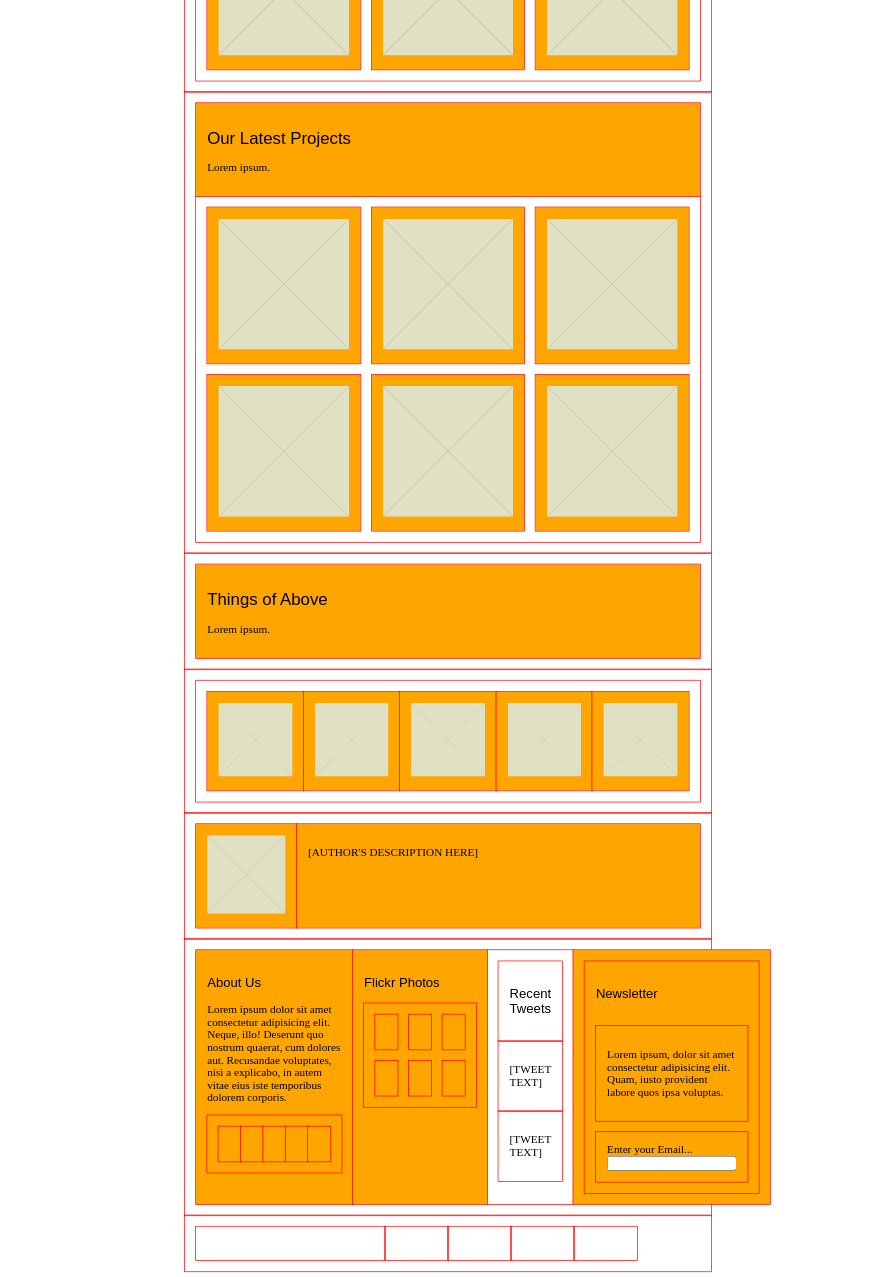
Repository: pjiang604/mdia2003-lab03b
Page: index.html
The author's editor kept a copy of each file at every save. The page is drawn from the files as they stood at one save, then again after the next save.
The browser window is 1280 px wide. The pictures show the part of the page from y = 996 to 2916 px (the page is 2820 px tall before and 2916 px after), at 70% of full size.

Above is the page before, as saved 2023-01-25 21:02:12.

### index.html
<!DOCTYPE html>
<html lang="en">

<head>
    <meta charset="UTF-8">
    <meta http-equiv="X-UA-Compatible" content="IE=edge">
    <meta name="viewport" content="width=device-width, initial-scale=1.0">
    <title>Document</title>
    <link rel="stylesheet" href="style.css">
    <link rel="preconnect" href="https://fonts.google.com/specimen/Ubuntu?query=ubuntu">
</head>

<body>
    <nav>
        <div class="row l-col-6-1 m-col-6-1 s-col-2-2">
            <div class="col">
                <img src="images/placeholder.svg" alt="logo" class="logo">
            </div>
            <div class="col hide">
                <a href="/">Home</a>
            </div>
            <div class="col hide">
                <a href="/">Pages</a>
            </div>
            <div class="col hide">
                <a href="/">Blog</a>
            </div>
            <div class="col hide">
                <a href="/">Portfolio</a>
            </div>
            <div class="col hide">
                <a href="/">Email</a>
            </div>
            <div class="col hamburger">
                <p>[HAM MENU]</p>
            </div>
        </div>
    </nav>

    <div class="carousel hide">
        <div class="col">
            <p>[CAROUSEL HERE]</p>
        </div>

    </div>

    <h1>Hey guys! This is the Metrolics theme. It sports a responsive layout with a mobile layout.</h1>
    <div class="topRow">
        <div class="col">
            <h2>Things That We Do</h2>
            <p>Lorem ipsum.</p>
        </div>
        <div class="row l-col-4-1 m-col-2-1 s-col-1-4">
            <div class="col">
                <h3>Web Solutions</h3>
            </div>
            <div class="col">
                <h3>Photography</h3>
            </div>
            <div class="col">
                <h3>Web Development</h3>
            </div>
            <div class="col">
                <h3>Web Design</h3>
            </div>
        </div>
    </div>
    <div class="secondRow">
        <div class="col">
            <h2>What's up Lately?</h2>
            <p>Lorem ipsum.</p>
        </div>
        <div class="row l-col-3-1 m-col-2-1 s-col-1-4">
            <div class="col">
                <img src="images/placeholder.svg" class="image-post" alt="">
            </div>
            <div class="col">
                <img src="images/placeholder.svg" class="image-post" alt="">
            </div>
            <div class="col">
                <img src="images/placeholder.svg" class="image-post" alt="">
            </div>
            <div class="col-1">
                <img src="images/placeholder.svg" class="image-post" alt="">
            </div>
        </div>
    </div>
    <div class="thirdRow">
        <div class="col">
            <h2>Our Latest Projects</h2>
            <p>Lorem ipsum.</p>
        </div>
        <div class="row l-col-3-1 m-col-2-1 s-col-1-1">
            <div class="col">
                <img src="images/placeholder.svg" class="image-post" alt="">
            </div>
            <div class="col">
                <img src="images/placeholder.svg" class="image-post" alt="">
            </div>
            <div class="col">
                <img src="images/placeholder.svg" class="image-post" alt="">
            </div>
            <div class="col">
                <img src="images/placeholder.svg" class="image-post" alt="">
            </div>
            <div class="col">
                <img src="images/placeholder.svg" class="image-post" alt="">
            </div>
            <div class="col">
                <img src="images/placeholder.svg" class="image-post" alt="">
            </div>
        </div>
    </div>

    <div class="accordion">
        <div class="col">
            <h2>Things of Above</h2>
            <p>Lorem ipsum.</p>
        </div>
    </div>

    <div class="companies">
        <div class="row l-col-5-1 m-col-5-1">
            <div class="col">
                <img src="images/placeholder.svg" class="comp-logo" alt="">
            </div>
            <div class="col">
                <img src="images/placeholder.svg" class="comp-logo" alt="">
            </div>
            <div class="col">
                <img src="images/placeholder.svg" class="comp-logo" alt="">
            </div>
            <div class="col">
                <img src="images/placeholder.svg" class="comp-logo" alt="">
            </div>
            <div class="col">
                <img src="images/placeholder.svg" class="comp-logo" alt="">
            </div>
        </div>
    </div>

    <footer>

        <div class="row l-col-2-4 m-col-2-4 s-col-2-1 author">
            <div class="col">
                <img src="images/placeholder.svg" class="headshot" alt="">
            </div>
            <div class="col">
                <p>[AUTHOR'S DESCRIPTION HERE]</p>
            </div>
        </div>

        <div class="row l-footer-grid m-row m-footer-grid">
            <div class="col about-socials">
                <h3 class="m-row hide">About Us</h3>
                <p class="m-row hide">Lorem ipsum dolor sit amet consectetur adipisicing elit. Neque, illo! Deserunt quo
                    nostrum
                    quaerat, cum dolores aut. Recusandae voluptates, nisi a explicabo, in autem vitae eius iste
                    temporibus dolorem corporis.</p>
                <div class="row l-col-5-1 m-col-5-1 s-col-5-1">
                    <div class="col">
                        <img src="images/placeholder.svg" class="social-img" alt="">
                    </div>
                    <div class="col">
                        <img src="images/placeholder.svg" class="social-img" alt="">
                    </div>
                    <div class="col">
                        <img src="images/placeholder.svg" class="social-img" alt="">
                    </div>
                    <div class="col">
                        <img src="images/placeholder.svg" class="social-img" alt="">
                    </div>
                    <div class="col">
                        <img src="images/placeholder.svg" class="social-img" alt="">
                    </div>
                </div>
            </div>

            <div class="col flickr">
                <h3>Flickr Photos</h3>
                <div class="row l-col-3-1 m-col-3-1">
                    <div class="col">
                        <img src="images/placeholder.svg" class="flickr-img" alt="">
                    </div>
                    <div class="col">
                        <img src="images/placeholder.svg" class="flickr-img" alt="">
                    </div>
                    <div class="col">
                        <img src="images/placeholder.svg" class="flickr-img" alt="">
                    </div>
                    <div class="col">
                        <img src="images/placeholder.svg" class="flickr-img" alt="">
                    </div>
                    <div class="col">
                        <img src="images/placeholder.svg" class="flickr-img" alt="">
                    </div>
                    <div class="col">
                        <img src="images/placeholder.svg" class="flickr-img" alt="">
                    </div>
                </div>
            </div>

            <div class="live-social m-col">
                <div class="row">
                    <h3>Recent Tweets</h3>
                </div>
                <div class="row">
                    <p>[TWEET TEXT]</p>
                </div>
                <div class="row">
                    <p>[TWEET TEXT]</p>
                </div>
            </div>

            <div class="col newsletter">
                <div class="row m-col-1-1">
                    <h3>Newsletter</h3>
                    <div class="col">
                        <p>Lorem ipsum, dolor sit amet consectetur adipisicing elit. Quam, iusto provident labore quos
                            ipsa
                            voluptas.</p>
                    </div>
                    <div class="col">
                        <label for="email">Enter your Email...</label>
                        <input type="email" id="email">
                    </div>

                </div>
            </div>
        </div>

        <div class="row footer-decor">
            <div class="decor"></div>
            <div class="decor"></div>
            <div class="decor"></div>
            <div class="decor"></div>
            <div class="decor"></div>
        </div>

    </footer>
</body>

</html>

### style.css
html {
    padding: 0 20vw;
}

div {
    outline: 1px solid red;
    min-height: 1rem;
    padding: 1rem;
}

h1,
h2,
h3,
h4,
h5,
h6 {
    font-family: Ubuntu, sans-serif;
    font-weight: 300;
}

.row {
    display: grid;
    row-gap: 1rem;
}

.col {
    position: relative;
    background-color: orange;
}

.image-post {
    width: 100%;
}

.flickr-img{
    width: 100%;
}

.logo {
    width: 100%;
}

.hamburger {
    display: none;

}

.headshot {
    width: 100%;
}

.social-img {
    width: 100%;
}

.comp-logo{
    width: 100%;
}

.footer-decor{
    grid-template-columns: 3fr 1fr 1fr 1fr 1fr 1fr;
}



/** small/mobile version */
@media screen and (max-width:29.9375em) {
    .row {
        max-width: 70em;
        column-gap: .5rem;
        row-gap: 1.5rem;
        margin: 0 auto;
    }

    .hide, .flickr, .newsletter, .companies {
        display: none;
    }

    .hamburger {
        display: contents;
    }

    .s-col-1-4 {
        grid-template-columns: 4fr;
    }

    .s-col-2-2 {
        grid-template-columns: repeat(2, 2fr);
    }

    .s-col-1-1 {
        grid-template-columns: 1fr;
    }

    .s-col-5-1 {
        grid-template-columns: repeat(5, 1fr);
    }

    .s-col-2-1 {
        grid-template-columns: repeat(2, 1fr);
    }

    .footer-grid{
        display: none;
    }

    .col-1 {
        display:content;
        background-color: orange;
    }
}

/** medium and up. applicable for both tablet and mobile version */
@media screen and (max-width:30em) {
    .carousel {
        display:none;
    }

    .image-post.hide{
        display: contents;
    }

    .col-1 {
        display: content;
        background-color: orange;
    }

}

/** medium only */
@media screen and (min-width:40em) and (max-width:63.9375em) {

    .hide {
        display: contents;
    }

    .m-footer-grid{
        grid-template-columns: repeat(2, 1fr);
    }

    .m-row{
        display: grid;
        row-gap: 1rem;
    }

    .m-col{
        position: relative;
    }

    .m-col-6-1{
        grid-template-columns: 3fr 1fr 1fr 1fr 1fr 1fr;
    }

    .m-col-2-1{
        grid-template-columns: repeat(2, 1fr);
        column-gap: 1rem;
    }

    .m-col-5-1{
        grid-template-columns: repeat(5, 1fr);
        column-gap: 1rem;
    }

    .m-col-2-4{
        grid-template-columns: 1fr 4fr;
    }

    .m-col-3-1{
        grid-template-columns: repeat(3, 1fr);
        column-gap: 1rem;
    }

    .m-col-1-1{
        grid-template-columns: 1fr
    }

    .col-1 {
        display:content;
        background-color: orange;
    }

}

/** large only */
@media screen and (min-width:64em) {

    .l-col-6-1{
        grid-template-columns: repeat(6, 1fr);
    }

    .l-col-4-1{
        grid-template-columns: repeat(4, 1fr);
        column-gap: 1rem;
    }

    .l-col-3-1{
        grid-template-columns: repeat(3, 1fr);
        column-gap: 1rem;
    }

    .l-col-5-1{
        grid-template-columns: repeat(5, 1fr);
    }

    .l-col-2-4{
        grid-template-columns: 1fr 4fr;
    }


    .l-col-5-1{
        grid-template-columns: repeat(5, 1fr)
    }

    .l-col-3-1{
        grid-template-columns: repeat(3, 1fr);
        column-gap: 1rem;
    }

    .image-post.hide{
        display: none;
    }

    .l-footer-grid{
        grid-template-columns: repeat(4, 1fr);
    }

    .col-1 {
        display:none;
    }

}

### images/placeholder.svg
<!-- Created with PhotoLine 21.40B9 (www.pl32.com) -->
<!DOCTYPE svg PUBLIC "-//W3C//DTD SVG 1.1//EN" "http://www.w3.org/Graphics/SVG/1.1/DTD/svg11.dtd"[]>
<svg width="1024" height="1024" version="1.1" xmlns="http://www.w3.org/2000/svg" xmlns:xlink="http://www.w3.org/1999/xlink">
  <g id="Square/Rectangle">
    <rect fill="#e0e0c4" fill-rule="evenodd" width="1024" height="1024" />
  </g>
  <path stroke-width="2" stroke-miterlimit="10" fill="none" stroke="#808080" d="M0 0 L1024 1024" />
  <g transform="matrix(0 1 -1 0 1024 0)">
    <path transform="matrix(-0 -1.000001 1.000001 -0 0.000153 1024.000854)" stroke-width="2" stroke-miterlimit="10" fill="none" stroke="#808080" d="M1024 -0 L0 1024" />
  </g>
</svg>

After the next save:
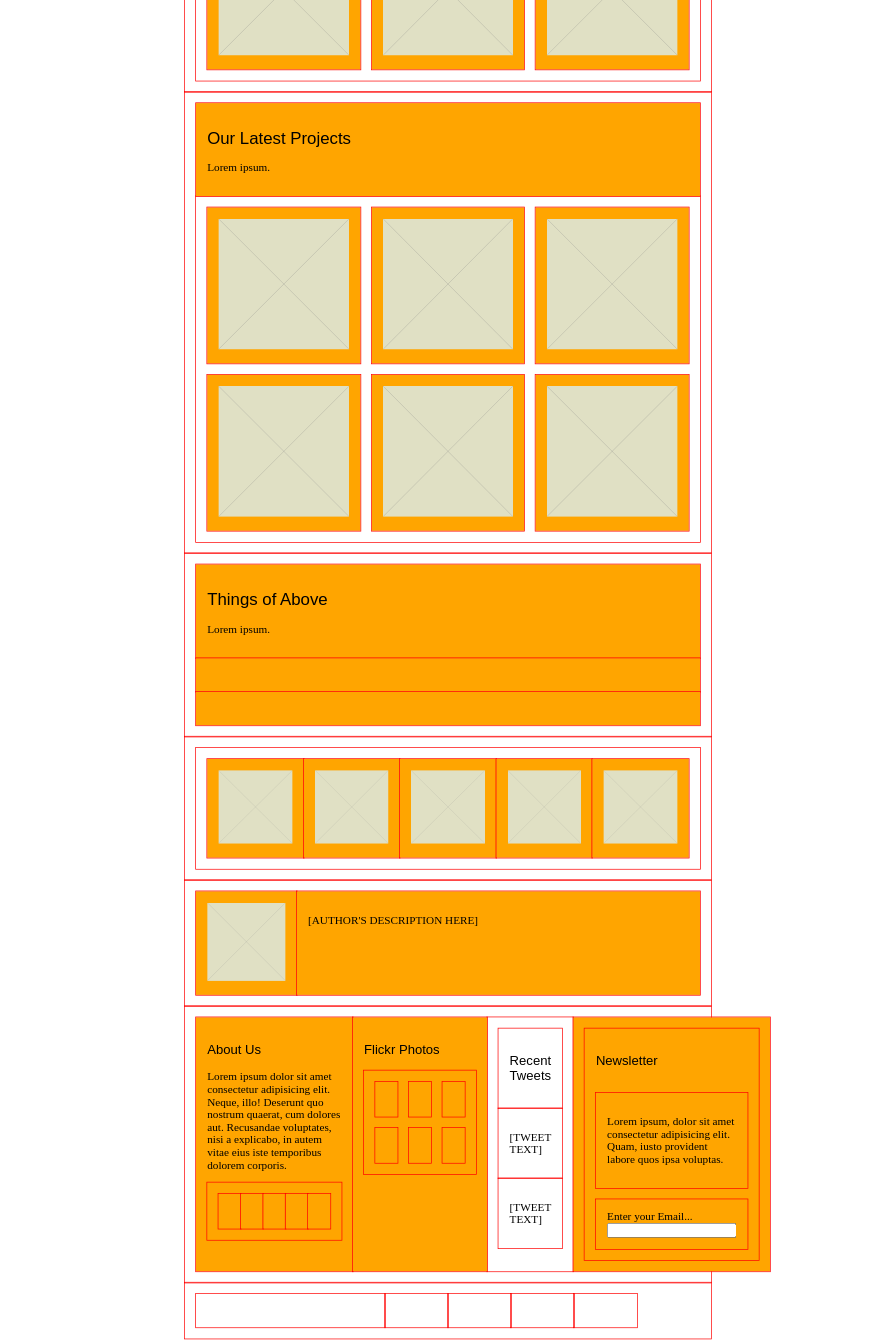
Saved 12 s later.
--- a/index.html
+++ b/index.html
@@ -117,6 +117,8 @@
             <h2>Things of Above</h2>
             <p>Lorem ipsum.</p>
         </div>
+        <div class="col"></div>
+        <div class="col"></div>
     </div>
 
     <div class="companies">
